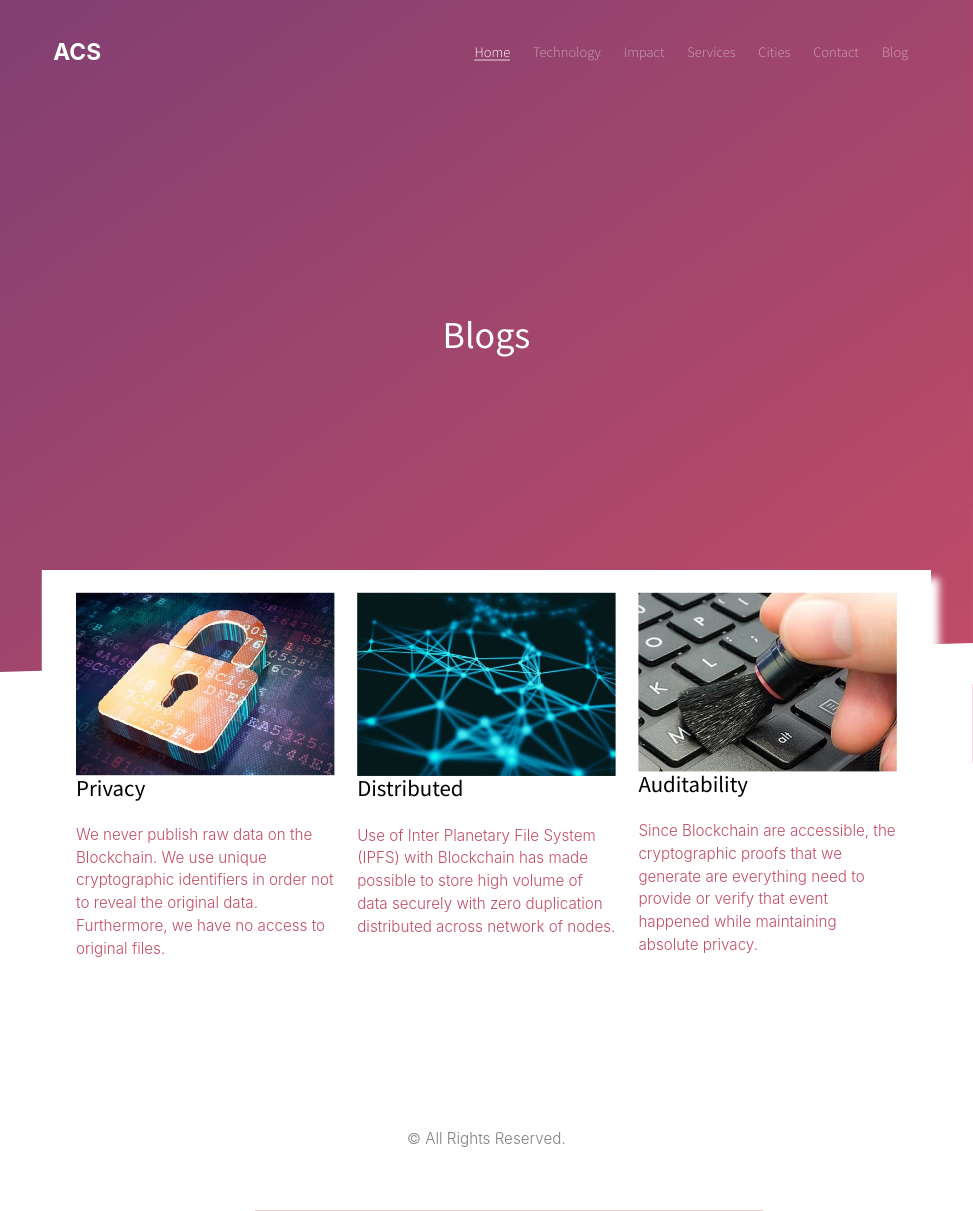
Repository: agarwalrahul-22/acs
Page: /blog
An editor plug-in stored every save of this project. The page is shown before and after the next save, followed by the edit.
The browser window is 1280 px wide. The pictures show the whole page, at 76% of full size.
Some web fonts or font styles are not loaded; a fallback is used. The project was rebuilt for these pictures with package versions that can differ from the ones it lists, and the page was loaded fresh each time. Also part of the build but not shown: src/components/main/LandingComponent.js, src/components/main/TechComponent.js, src/components/main/ImpactComponent.js, src/components/main/ServicesComponent.js, src/components/main/CitiesComponent.js, src/components/MainComponent.js.

Above is the page before, as saved 2022-10-10 22:07:50.

### public/index.html
<!DOCTYPE html>
<html lang="en">
  <head>
    <meta charset="utf-8" />
    <link rel="icon" href="%PUBLIC_URL%/favicon.ico" />
    <meta name="viewport" content="width=device-width, initial-scale=1" />
    <meta name="theme-color" content="#000000" />
    <meta name="description" content="Blockchain based Atithi Compliance System" />
    <link rel="apple-touch-icon" href="%PUBLIC_URL%/logo192.png" />
    <link href='https://fonts.googleapis.com/css?family=Source+Sans+Pro:400,300,600,400italic,700' rel='stylesheet'
      type='text/css'>
    <link rel="stylesheet" href="css/animate.css">
    <link rel="stylesheet" href="css/icomoon.css">
    <link rel="stylesheet" href="css/simple-line-icons.css">
    <link rel="stylesheet" href="css/magnific-popup.css">
    <link rel="stylesheet" href="css/bootstrap.css">
    <link rel="stylesheet" href="css/style3.css">
    <!--
      manifest.json provides metadata used when your web app is installed on a
      user's mobile device or desktop. See https://developers.google.com/web/fundamentals/web-app-manifest/
    -->
    <link rel="manifest" href="%PUBLIC_URL%/manifest.json" />
    <!--
      Notice the use of %PUBLIC_URL% in the tags above.
      It will be replaced with the URL of the `public` folder during the build.
      Only files inside the `public` folder can be referenced from the HTML.

      Unlike "/favicon.ico" or "favicon.ico", "%PUBLIC_URL%/favicon.ico" will
      work correctly both with client-side routing and a non-root public URL.
      Learn how to configure a non-root public URL by running `npm run build`.
    -->
    <title>Atithi Compliance System</title>
  </head>
  <body>
    <noscript>You need to enable JavaScript to run this app.</noscript>
    <div id="root"></div>
    <!--
      This HTML file is a template.
      If you open it directly in the browser, you will see an empty page.

      You can add webfonts, meta tags, or analytics to this file.
      The build step will place the bundled scripts into the <body> tag.

      To begin the development, run `npm start` or `yarn start`.
      To create a production bundle, use `npm run build` or `yarn build`.
    -->
  </body>
</html>

### src/components/BlogComponent.js
import React from 'react'
import report from "../images/report.svg";
import blockchain from "../images/blockchain.svg";
import img7 from "../images/img_7.jpg";
import img8 from "../images/img_8.jpg";
import img10 from "../images/img_10.jpg";
import fullimage2 from "../images/full_image_2.jpg";
import privacy from "../images/privacy_acs.jpg";
import distributed from "../images/distributed_acs.jpg";
import audit from "../images/audit_acs.jpg";
function BlogComponent() {
  return (
    <div>
      <section
        id="fh5co-home"
        data-section="home"
        style={{ backgroundImage: { fullimage2 } }}
        data-stellar-background-ratio="0.5"
      >
        <div className="gradient"></div>
        <div className="container">
          <div className="text-wrap">
            <div className="text-inner">
              <h1 className="to-animate">Blogs </h1>
            </div>
          </div>
        </div>
        <div className="slant"></div>
      </section>
      <section id="fh5co-intro">
        <div className="container">
          <div className="row row-bottom-padded-lg"
          style={{backgroundColor:'white', padding:'30px', boxShadow:'10px 10px 10px white'}}
          >
            <div className="col-md-4 col-sm-6 col-xxs-12">
              <a
                href={privacy}
                className="fh5co-project-item image-popup to-animate"
              >
                <img src={privacy} alt="Image" className="img-responsive" />
                <div className="fh5co-text">
                  <h2>Privacy</h2>
                  <span>
                    We never publish raw data on the Blockchain. We use unique
                    cryptographic identifiers in order not to reveal the
                    original data. Furthermore, we have no access to original
                    files.
                  </span>
                </div>
              </a>
            </div>
            <div className="col-md-4 col-sm-6 col-xxs-12">
              <a
                href={distributed}
                className="fh5co-project-item image-popup to-animate"
              >
                <img src={distributed} alt="Image" className="img-responsive" />
                <div className="fh5co-text">
                  <h2>Distributed</h2>
                  <span>
                    Use of Inter Planetary File System (IPFS) with Blockchain
                    has made possible to store high volume of data securely with
                    zero duplication distributed across network of nodes.
                  </span>
                </div>
              </a>
            </div>
            <div className="col-md-4 col-sm-6 col-xxs-12">
              <a
                href={audit}
                className="fh5co-project-item image-popup to-animate"
              >
                <img src={audit} alt="Image" className="img-responsive" />
                <div className="fh5co-text">
                  <h2>Auditability</h2>
                  <span>
                    Since Blockchain are accessible, the cryptographic proofs
                    that we generate are everything need to provide or verify
                    that event happened while maintaining absolute privacy.
                  </span>
                </div>
              </a>
            </div>
          </div>
        </div>
      </section>
    </div>
  );
}

export default BlogComponent;

### public/css/simple-line-icons.css
@font-face {
  font-family: 'simple-line-icons';
  src:  url('../fonts/simple-line-icons/Simple-Line-Icons.eot?v=2.2.2');
  src:  url('../fonts/simple-line-icons/Simple-Line-Icons.eot?#iefix&v=2.2.2') format('embedded-opentype'),
        url('../fonts/simple-line-icons/Simple-Line-Icons.ttf?v=2.2.2') format('truetype'),
        url('../fonts/simple-line-icons/Simple-Line-Icons.woff2?v=2.2.2') format('woff2'),
        url('../fonts/simple-line-icons/Simple-Line-Icons.woff?v=2.2.2') format('woff'),
        url('../fonts/simple-line-icons/Simple-Line-Icons.svg?v=2.2.2#simple-line-icons') format('svg');
  font-weight: normal;
  font-style: normal;
}
/*
 Use the following CSS code if you want to have a class per icon.
 Instead of a list of all class selectors, you can use the generic [class*="icon-"] selector, but it's slower:
*/
.icon-user,
.icon-people,
.icon-user-female,
.icon-user-follow,
.icon-user-following,
.icon-user-unfollow,
.icon-login,
.icon-logout,
.icon-emotsmile,
.icon-phone,
.icon-call-end,
.icon-call-in,
.icon-call-out,
.icon-map,
.icon-location-pin,
.icon-direction,
.icon-directions,
.icon-compass,
.icon-layers,
.icon-menu,
.icon-list,
.icon-options-vertical,
.icon-options,
.icon-arrow-down,
.icon-arrow-left,
.icon-arrow-right,
.icon-arrow-up,
.icon-arrow-up-circle,
.icon-arrow-left-circle,
.icon-arrow-right-circle,
.icon-arrow-down-circle,
.icon-check,
.icon-clock,
.icon-plus,
.icon-close,
.icon-trophy,
.icon-screen-smartphone,
.icon-screen-desktop,
.icon-plane,
.icon-notebook,
.icon-mustache,
.icon-mouse,
.icon-magnet,
.icon-energy,
.icon-disc,
.icon-cursor,
.icon-cursor-move,
.icon-crop,
.icon-chemistry,
.icon-speedometer,
.icon-shield,
.icon-screen-tablet,
.icon-magic-wand,
.icon-hourglass,
.icon-graduation,
.icon-ghost,
.icon-game-controller,
.icon-fire,
.icon-eyeglass,
.icon-envelope-open,
.icon-envelope-letter,
.icon-bell,
.icon-badge,
.icon-anchor,
.icon-wallet,
.icon-vector,
.icon-speech,
.icon-puzzle,
.icon-printer,
.icon-present,
.icon-playlist,
.icon-pin,
.icon-picture,
.icon-handbag,
.icon-globe-alt,
.icon-globe,
.icon-folder-alt,
.icon-folder,
.icon-film,
.icon-feed,
.icon-drop,
.icon-drawar,
.icon-docs,
.icon-doc,
.icon-diamond,
.icon-cup,
.icon-calculator,
.icon-bubbles,
.icon-briefcase,
.icon-book-open,
.icon-basket-loaded,
.icon-basket,
.icon-bag,
.icon-action-undo,
.icon-action-redo,
.icon-wrench,
.icon-umbrella,
.icon-trash,
.icon-tag,
.icon-support,
.icon-frame,
.icon-size-fullscreen,
.icon-size-actual,
.icon-shuffle,
.icon-share-alt,
.icon-share,
.icon-rocket,
.icon-question,
.icon-pie-chart,
.icon-pencil,
.icon-note,
.icon-loop,
.icon-home,
.icon-grid,
.icon-graph,
.icon-microphone,
.icon-music-tone-alt,
.icon-music-tone,
.icon-earphones-alt,
.icon-earphones,
.icon-equalizer,
.icon-like,
.icon-dislike,
.icon-control-start,
.icon-control-rewind,
.icon-control-play,
.icon-control-pause,
.icon-control-forward,
.icon-control-end,
.icon-volume-1,
.icon-volume-2,
.icon-volume-off,
.icon-calendar,
.icon-bulb,
.icon-chart,
.icon-ban,
.icon-bubble,
.icon-camrecorder,
.icon-camera,
.icon-cloud-download,
.icon-cloud-upload,
.icon-envelope,
.icon-eye,
.icon-flag,
.icon-heart,
.icon-info,
.icon-key,
.icon-link,
.icon-lock,
.icon-lock-open,
.icon-magnifier,
.icon-magnifier-add,
.icon-magnifier-remove,
.icon-paper-clip,
.icon-paper-plane,
.icon-power,
.icon-refresh,
.icon-reload,
.icon-settings,
.icon-star,
.icon-symble-female,
.icon-symbol-male,
.icon-target,
.icon-credit-card,
.icon-paypal,
.icon-social-tumblr,
.icon-social-twitter,
.icon-social-facebook,
.icon-social-instagram,
.icon-social-linkedin,
.icon-social-pinterest,
.icon-social-github,
.icon-social-gplus,
.icon-social-reddit,
.icon-social-skype,
.icon-social-dribbble,
.icon-social-behance,
.icon-social-foursqare,
.icon-social-soundcloud,
.icon-social-spotify,
.icon-social-stumbleupon,
.icon-social-youtube,
.icon-social-dropbox {
  font-family: 'simple-line-icons';
  speak: none;
  font-style: normal;
  font-weight: normal;
  font-variant: normal;
  text-transform: none;
  line-height: 1;
  /* Better Font Rendering =========== */
  -webkit-font-smoothing: antialiased;
  -moz-osx-font-smoothing: grayscale;
}
.icon-user:before {
  content: "\e005";
}
.icon-people:before {
  content: "\e001";
}
.icon-user-female:before {
  content: "\e000";
}
.icon-user-follow:before {
  content: "\e002";
}
.icon-user-following:before {
  content: "\e003";
}
.icon-user-unfollow:before {
  content: "\e004";
}
.icon-login:before {
  content: "\e066";
}
.icon-logout:before {
  content: "\e065";
}
.icon-emotsmile:before {
  content: "\e021";
}
.icon-phone:before {
  content: "\e600";
}
.icon-call-end:before {
  content: "\e048";
}
.icon-call-in:before {
  content: "\e047";
}
.icon-call-out:before {
  content: "\e046";
}
.icon-map:before {
  content: "\e033";
}
.icon-location-pin:before {
  content: "\e096";
}
.icon-direction:before {
  content: "\e042";
}
.icon-directions:before {
  content: "\e041";
}
.icon-compass:before {
  content: "\e045";
}
.icon-layers:before {
  content: "\e034";
}
.icon-menu:before {
  content: "\e601";
}
.icon-list:before {
  content: "\e067";
}
.icon-options-vertical:before {
  content: "\e602";
}
.icon-options:before {
  content: "\e603";
}
.icon-arrow-down:before {
  content: "\e604";
}
.icon-arrow-left:before {
  content: "\e605";
}
.icon-arrow-right:before {
  content: "\e606";
}
.icon-arrow-up:before {
  content: "\e607";
}
.icon-arrow-up-circle:before {
  content: "\e078";
}
.icon-arrow-left-circle:before {
  content: "\e07a";
}
.icon-arrow-right-circle:before {
  content: "\e079";
}
.icon-arrow-down-circle:before {
  content: "\e07b";
}
.icon-check:before {
  content: "\e080";
}
.icon-clock:before {
  content: "\e081";
}
.icon-plus:before {
  content: "\e095";
}
.icon-close:before {
  content: "\e082";
}
.icon-trophy:before {
  content: "\e006";
}
.icon-screen-smartphone:before {
  content: "\e010";
}
.icon-screen-desktop:before {
  content: "\e011";
}
.icon-plane:before {
  content: "\e012";
}
.icon-notebook:before {
  content: "\e013";
}
.icon-mustache:before {
  content: "\e014";
}
.icon-mouse:before {
  content: "\e015";
}
.icon-magnet:before {
  content: "\e016";
}
.icon-energy:before {
  content: "\e020";
}
.icon-disc:before {
  content: "\e022";
}
.icon-cursor:before {
  content: "\e06e";
}
.icon-cursor-move:before {
  content: "\e023";
}
.icon-crop:before {
  content: "\e024";
}
.icon-chemistry:before {
  content: "\e026";
}
.icon-speedometer:before {
  content: "\e007";
}
.icon-shield:before {
  content: "\e00e";
}
.icon-screen-tablet:before {
  content: "\e00f";
}
.icon-magic-wand:before {
  content: "\e017";
}
.icon-hourglass:before {
  content: "\e018";
}
.icon-graduation:before {
  content: "\e019";
}
.icon-ghost:before {
  content: "\e01a";
}
.icon-game-controller:before {
  content: "\e01b";
}
.icon-fire:before {
  content: "\e01c";
}
.icon-eyeglass:before {
  content: "\e01d";
}
.icon-envelope-open:before {
  content: "\e01e";
}
.icon-envelope-letter:before {
  content: "\e01f";
}
.icon-bell:before {
  content: "\e027";
}
.icon-badge:before {
  content: "\e028";
}
.icon-anchor:before {
  content: "\e029";
}
.icon-wallet:before {
  content: "\e02a";
}
.icon-vector:before {
  content: "\e02b";
}
.icon-speech:before {
  content: "\e02c";
}
.icon-puzzle:before {
  content: "\e02d";
}
.icon-printer:before {
  content: "\e02e";
}
.icon-present:before {
  content: "\e02f";
}
.icon-playlist:before {
  content: "\e030";
}
.icon-pin:before {
  content: "\e031";
}
.icon-picture:before {
  content: "\e032";
}
.icon-handbag:before {
  content: "\e035";
}
.icon-globe-alt:before {
  content: "\e036";
}
.icon-globe:before {
  content: "\e037";
}
.icon-folder-alt:before {
  content: "\e039";
}
.icon-folder:before {
  content: "\e089";
}
.icon-film:before {
  content: "\e03a";
}
.icon-feed:before {
  content: "\e03b";
}
.icon-drop:before {
  content: "\e03e";
}
.icon-drawar:before {
  content: "\e03f";
}
.icon-docs:before {
  content: "\e040";
}
.icon-doc:before {
  content: "\e085";
}
.icon-diamond:before {
  content: "\e043";
}
.icon-cup:before {
  content: "\e044";
}
.icon-calculator:before {
  content: "\e049";
}
.icon-bubbles:before {
  content: "\e04a";
}
.icon-briefcase:before {
  content: "\e04b";
}
.icon-book-open:before {
  content: "\e04c";
}
.icon-basket-loaded:before {
  content: "\e04d";
}
.icon-basket:before {
  content: "\e04e";
}
.icon-bag:before {
  content: "\e04f";
}
.icon-action-undo:before {
  content: "\e050";
}
.icon-action-redo:before {
  content: "\e051";
}
.icon-wrench:before {
  content: "\e052";
}
.icon-umbrella:before {
  content: "\e053";
}
.icon-trash:before {
  content: "\e054";
}
.icon-tag:before {
  content: "\e055";
}
.icon-support:before {
  content: "\e056";
}
.icon-frame:before {
  content: "\e038";
}
.icon-size-fullscreen:before {
  content: "\e057";
}
.icon-size-actual:before {
  content: "\e058";
}
.icon-shuffle:before {
  content: "\e059";
}
.icon-share-alt:before {
  content: "\e05a";
}
.icon-share:before {
  content: "\e05b";
}
.icon-rocket:before {
  content: "\e05c";
}
.icon-question:before {
  content: "\e05d";
}
.icon-pie-chart:before {
  content: "\e05e";
}
.icon-pencil:before {
  content: "\e05f";
}
.icon-note:before {
  content: "\e060";
}
.icon-loop:before {
  content: "\e064";
}
.icon-home:before {
  content: "\e069";
}
.icon-grid:before {
  content: "\e06a";
}
.icon-graph:before {
  content: "\e06b";
}
.icon-microphone:before {
  content: "\e063";
}
.icon-music-tone-alt:before {
  content: "\e061";
}
.icon-music-tone:before {
  content: "\e062";
}
.icon-earphones-alt:before {
  content: "\e03c";
}
.icon-earphones:before {
  content: "\e03d";
}
.icon-equalizer:before {
  content: "\e06c";
}
.icon-like:before {
  content: "\e068";
}
.icon-dislike:before {
  content: "\e06d";
}
.icon-control-start:before {
  content: "\e06f";
}
.icon-control-rewind:before {
  content: "\e070";
}
.icon-control-play:before {
  content: "\e071";
}
.icon-control-pause:before {
  content: "\e072";
}
.icon-control-forward:before {
  content: "\e073";
}
.icon-control-end:before {
  content: "\e074";
}
.icon-volume-1:before {
  content: "\e09f";
}
.icon-volume-2:before {
  content: "\e0a0";
}
.icon-volume-off:before {
  content: "\e0a1";
}
.icon-calendar:before {
  content: "\e075";
}
.icon-bulb:before {
  content: "\e076";
}
.icon-chart:before {
  content: "\e077";
}
.icon-ban:before {
  content: "\e07c";
}
.icon-bubble:before {
  content: "\e07d";
}
.icon-camrecorder:before {
  content: "\e07e";
}
.icon-camera:before {
  content: "\e07f";
}
.icon-cloud-download:before {
  content: "\e083";
}
.icon-cloud-upload:before {
  content: "\e084";
}
.icon-envelope:before {
  content: "\e086";
}
.icon-eye:before {
  content: "\e087";
}
.icon-flag:before {
  content: "\e088";
}
.icon-heart:before {
  content: "\e08a";
}
.icon-info:before {
  content: "\e08b";
}
.icon-key:before {
  content: "\e08c";
}
.icon-link:before {
  content: "\e08d";
}
.icon-lock:before {
  content: "\e08e";
}
.icon-lock-open:before {
  content: "\e08f";
}
.icon-magnifier:before {
  content: "\e090";
}
.icon-magnifier-add:before {
  content: "\e091";
}
.icon-magnifier-remove:before {
  content: "\e092";
}
.icon-paper-clip:before {
  content: "\e093";
}
.icon-paper-plane:before {
  content: "\e094";
}
.icon-power:before {
  content: "\e097";
}
.icon-refresh:before {
  content: "\e098";
}
.icon-reload:before {
  content: "\e099";
}
.icon-settings:before {
  content: "\e09a";
}
.icon-star:before {
  content: "\e09b";
}
.icon-symble-female:before {
  content: "\e09c";
}
.icon-symbol-male:before {
  content: "\e09d";
}
.icon-target:before {
  content: "\e09e";
}
.icon-credit-card:before {
  content: "\e025";
}
.icon-paypal:before {
  content: "\e608";
}
.icon-social-tumblr:before {
  content: "\e00a";
}
.icon-social-twitter:before {
  content: "\e009";
}
.icon-social-facebook:before {
  content: "\e00b";
}
.icon-social-instagram:before {
  content: "\e609";
}
.icon-social-linkedin:before {
  content: "\e60a";
}
.icon-social-pinterest:before {
  content: "\e60b";
}
.icon-social-github:before {
  content: "\e60c";
}
.icon-social-gplus:before {
  content: "\e60d";
}
.icon-social-reddit:before {
  content: "\e60e";
}
.icon-social-skype:before {
  content: "\e60f";
}
.icon-social-dribbble:before {
  content: "\e00d";
}
.icon-social-behance:before {
  content: "\e610";
}
.icon-social-foursqare:before {
  content: "\e611";
}
.icon-social-soundcloud:before {
  content: "\e612";
}
.icon-social-spotify:before {
  content: "\e613";
}
.icon-social-stumbleupon:before {
  content: "\e614";
}
.icon-social-youtube:before {
  content: "\e008";
}
.icon-social-dropbox:before {
  content: "\e00c";
}

Loaded but not shown: src/index.js (common file); src/index.css (common file); src/reportWebVitals.js (common file); public/css/animate.css (library); public/css/icomoon.css (common file); public/css/magnific-popup.css (library); public/css/bootstrap.css (library); src/components/HeaderComponent.js (68 lines, source omitted); src/App.js (35 lines, source omitted); src/components/FooterComponent.js (20 lines, source omitted); public/css/style3.css (1411 lines, source omitted)

After the next save:
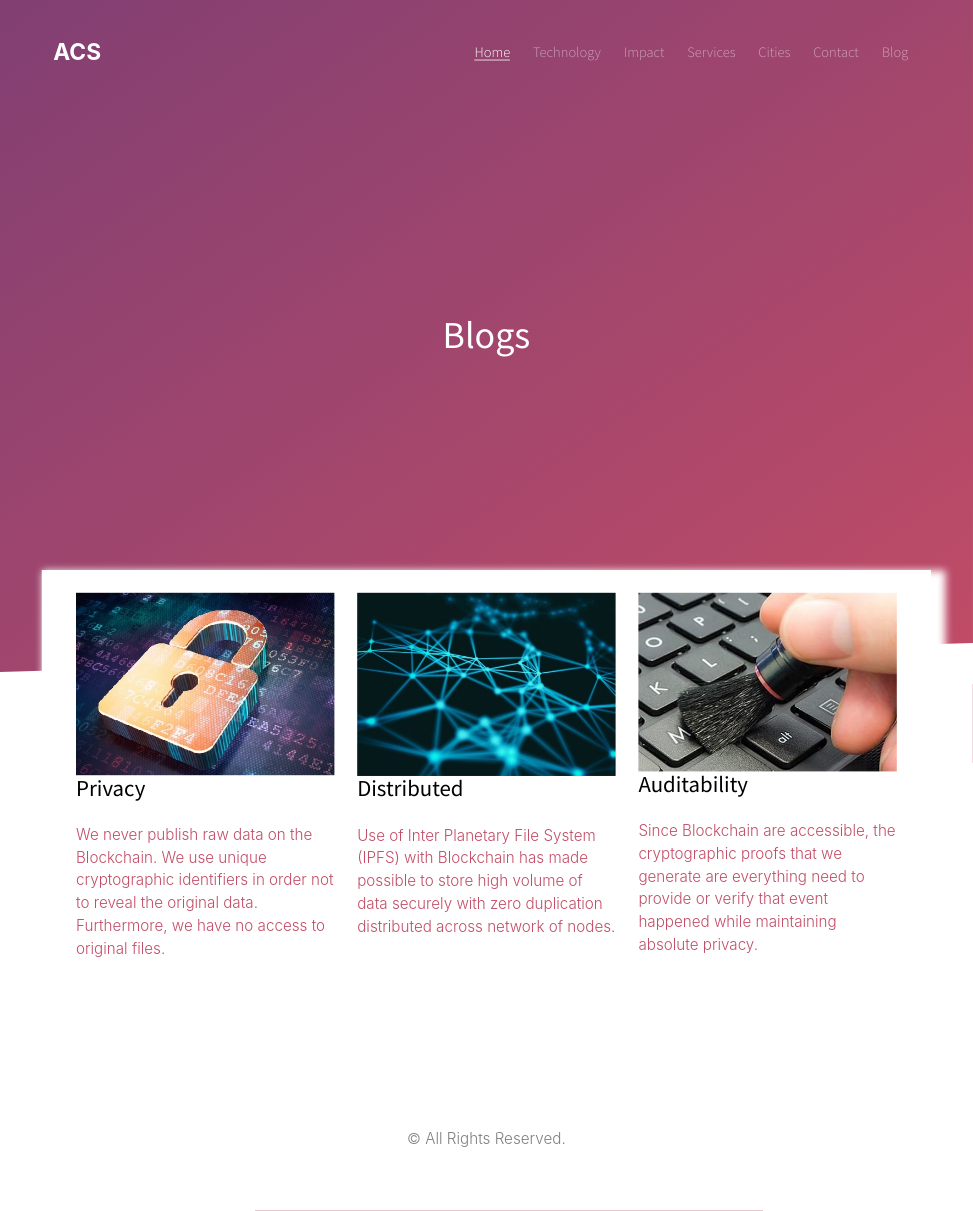
Saved 95 s later.
--- a/src/components/BlogComponent.js
+++ b/src/components/BlogComponent.js
@@ -30,7 +30,7 @@ function BlogComponent() {
       <section id="fh5co-intro">
         <div className="container">
           <div className="row row-bottom-padded-lg"
-          style={{backgroundColor:'white', padding:'30px', boxShadow:'10px 10px 10px white'}}
+          style={{backgroundColor:'white', padding:'30px', boxShadow:'10px 10px 10px 10px white'}}
           >
             <div className="col-md-4 col-sm-6 col-xxs-12">
               <a
